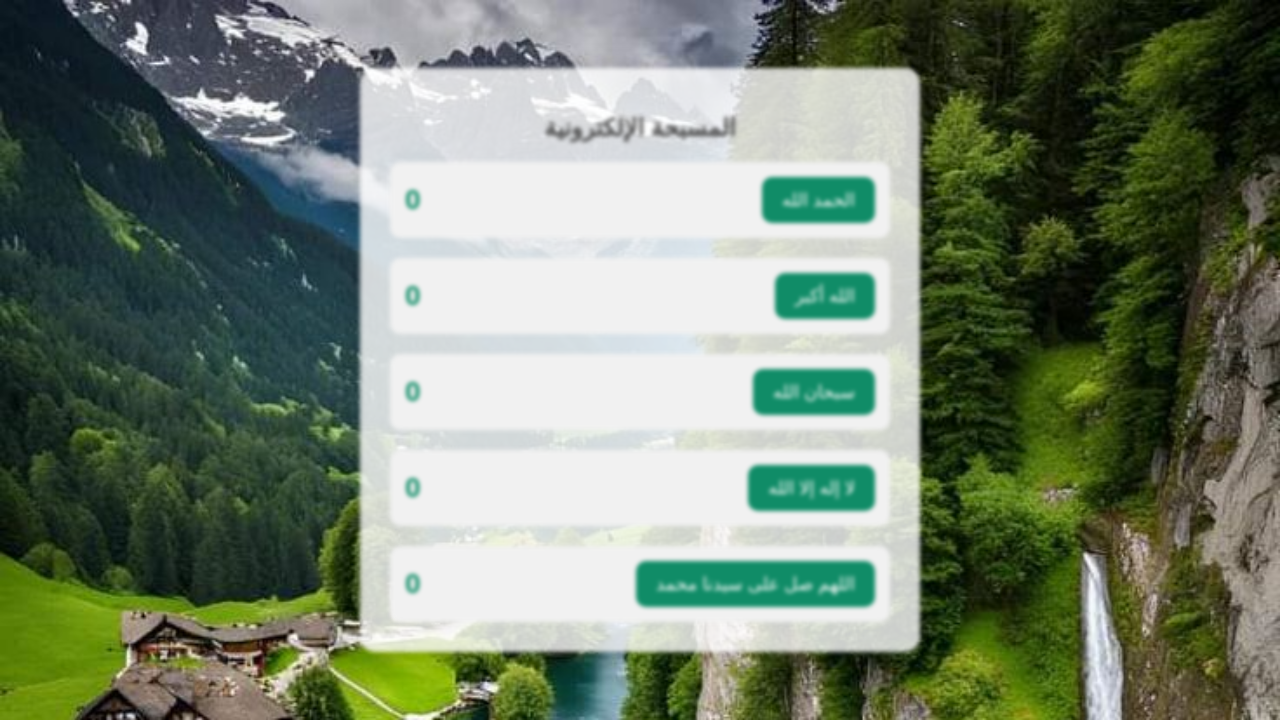
Repository: ShahdKItany/Electronic-Rosary
Page: index.html
An editor plug-in stored every save of this project. The page is shown before and after the next save, followed by the edit.
The browser window is 1280 px wide. The pictures show the whole page.

Above is the page before, as saved 2024-10-23 01:01:24.

### index.html
<!DOCTYPE html>
<html lang="ar">
<head>
  <meta charset="UTF-8">
  <meta name="viewport" content="width=device-width, initial-scale=1.0">
  <link rel="stylesheet" href="styles.css">
  <title>المسبحة الإلكترونية</title>
</head>
<body>
  <div class="container">
    <h1 class="title">المسبحة الإلكترونية</h1>
    <div class="button-container">
      <div class="button-group">
        <span id="counter1" class="counter">0</span>
        <button id="incrementButton1">الحمد الله</button>
      </div>
      <div class="button-group">
        <span id="counter2" class="counter">0</span>
        <button id="incrementButton2">الله أكبر</button>
      </div>
      <div class="button-group">
        <span id="counter3" class="counter">0</span>
        <button id="incrementButton3">سبحان الله</button>
      </div>
      <div class="button-group">
        <span id="counter4" class="counter">0</span>
        <button id="incrementButton4">لا إله إلا الله</button>

      </div>
      <div class="button-group">
        <span id="counter5" class="counter">0</span>
        <button id="incrementButton5">اللهم صل على سيدنا محمد</button>

      </div>
    </div>
  </div>

  <script src="main.js"></script>
</body>
</html>

### styles.css
body {
    font-family: 'Arial', sans-serif;
    background: url('image1.jpg');
    background-size: cover; /* لتغطية كامل الخلفية */
    display: flex;
    justify-content: center;
    align-items: center;
    height: 100vh;
    margin: 0;
    filter: blur(2px); /* يجعل الخلفية أكثر ضبابية */
  }

  .container {
    text-align: center;
    background-color: rgba(255, 255, 255, 0.8); /* لون الخلفية مع الشفافية */
    border-radius: 15px;
    box-shadow: 0 4px 30px rgba(0, 0, 0, 0.2);
    padding: 30px;
    max-width: 500px;
    width: 90%;
    position: relative; /* تهيئة موضع العناصر */
    z-index: 1; /* جلب الحاوية للأمام */
  }


  .title {
    color: #4a4a4a;
    margin-bottom: 20px;
    font-size: 24px;
    font-weight: bold;
  }

  .button-container {
    display: flex;
    flex-direction: column;
    gap: 20px;
  }

  .button-group {
    display: flex;
    justify-content: space-between;
    align-items: center;
    background-color: #f1f1f1;
    border-radius: 10px;
    padding: 15px;
    transition: background-color 0.3s;
  }

  .button-group:hover {
    background-color: #e0e0e0;
  }

  button {
    background-color: #108c67;
    color: white;
    border: none;
    border-radius: 10px;
    padding: 12px 20px;
    cursor: pointer;
    font-size: 18px;
    transition: background-color 0.3s, transform 0.1s;
  }

  button:hover {
    background-color: #79e67d;
    transform: translateY(-2px);
  }

  .counter {
    font-size: 28px;
    color:#108c67;
    font-weight: bold;
  }

### main.js
const incrementButton1 = document.getElementById('incrementButton1');
const incrementButton2 = document.getElementById('incrementButton2');
const incrementButton3 = document.getElementById('incrementButton3');
const incrementButton4 = document.getElementById('incrementButton4');
const incrementButton5 = document.getElementById('incrementButton5');

const counterElement1 = document.getElementById('counter1');
const counterElement2 = document.getElementById('counter2');
const counterElement3 = document.getElementById('counter3');
const counterElement4 = document.getElementById('counter4');
const counterElement5 = document.getElementById('counter5');

let counterValue1 = 0;
let counterValue2 = 0;
let counterValue3 = 0;
let counterValue4 = 0;
let counterValue5 = 0;

incrementButton1.addEventListener('click', function() {
  counterElement1.textContent = ++counterValue1;
});

incrementButton2.addEventListener('click', function() {
  counterElement2.textContent = ++counterValue2;
});

incrementButton3.addEventListener('click', function() {
  counterElement3.textContent = ++counterValue3;
});

incrementButton4.addEventListener('click', function() {
  counterElement4.textContent = ++counterValue4;
});

incrementButton5.addEventListener('click', function() {
  counterElement5.textContent = ++counterValue5;
});

After the next save:
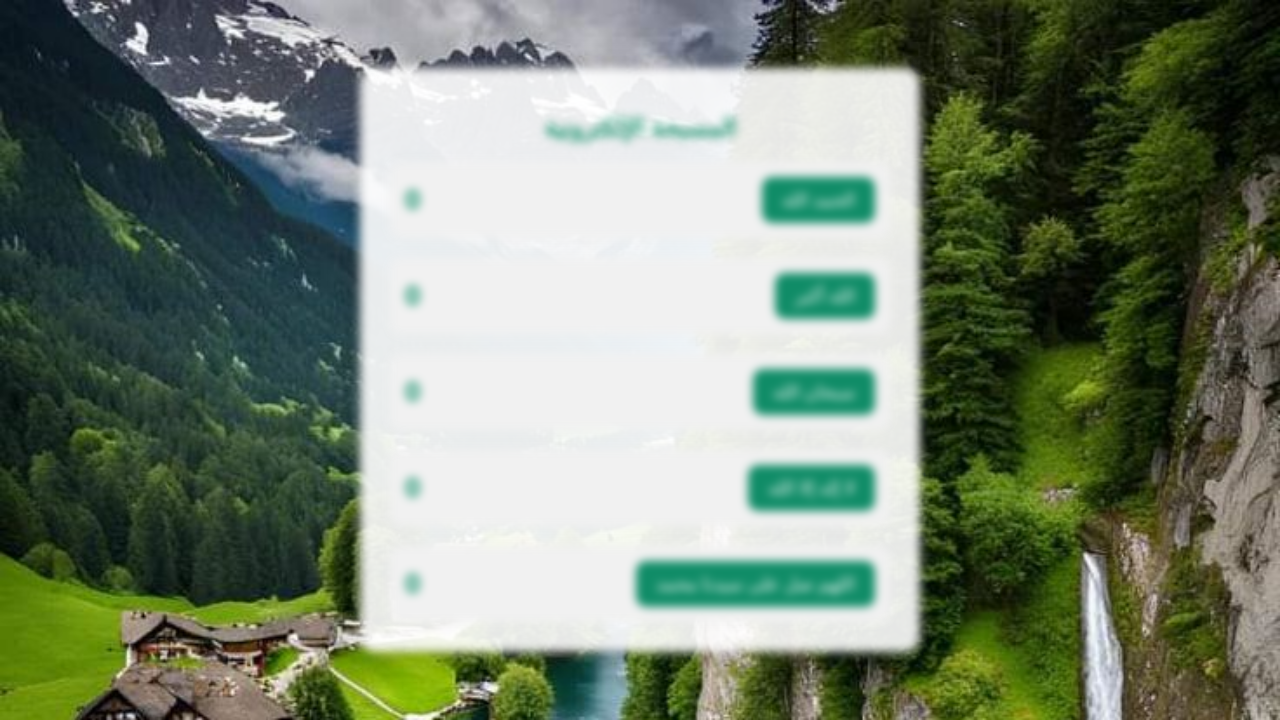
Saved 21 s later.
--- a/styles.css
+++ b/styles.css
@@ -1,42 +1,42 @@
 body {
     font-family: 'Arial', sans-serif;
-    background: url('image1.jpg');
+    background: url('image1.jpg'); /* تأكد من أن الصورة موجودة في المسار الصحيح */
     background-size: cover; /* لتغطية كامل الخلفية */
     display: flex;
     justify-content: center;
     align-items: center;
     height: 100vh;
     margin: 0;
-    filter: blur(2px); /* يجعل الخلفية أكثر ضبابية */
-  }
+    filter: blur(5px); /* زيادة الضبابية قليلاً لجعل الخلفية أكثر وضوحاً */
+}
 
-  .container {
+.container {
     text-align: center;
-    background-color: rgba(255, 255, 255, 0.8); /* لون الخلفية مع الشفافية */
+    background-color: rgba(255, 255, 255, 0.9); /* لون الخلفية مع شفافية أقل */
     border-radius: 15px;
-    box-shadow: 0 4px 30px rgba(0, 0, 0, 0.2);
+    box-shadow: 0 4px 30px rgba(0, 0, 0, 0.3); /* زيادة شدة الظل لزيادة الوضوح */
     padding: 30px;
     max-width: 500px;
     width: 90%;
     position: relative; /* تهيئة موضع العناصر */
     z-index: 1; /* جلب الحاوية للأمام */
-  }
+}
 
-
-  .title {
-    color: #4a4a4a;
+.title {
+    color: #108c67; /* تغيير لون العنوان ليتماشى مع الأزرار */
     margin-bottom: 20px;
     font-size: 24px;
     font-weight: bold;
-  }
+    text-shadow: 1px 1px 2px rgba(255, 255, 255, 0.7); /* إضافة تأثير ظل للنص لتحسين الوضوح */
+}
 
-  .button-container {
+.button-container {
     display: flex;
     flex-direction: column;
     gap: 20px;
-  }
+}
 
-  .button-group {
+.button-group {
     display: flex;
     justify-content: space-between;
     align-items: center;
@@ -44,14 +44,14 @@ body {
     border-radius: 10px;
     padding: 15px;
     transition: background-color 0.3s;
-  }
+}
 
-  .button-group:hover {
+.button-group:hover {
     background-color: #e0e0e0;
-  }
+}
 
-  button {
-    background-color: #108c67;
+button {
+    background-color: #108c67; /* لون الزر */
     color: white;
     border: none;
     border-radius: 10px;
@@ -59,15 +59,16 @@ body {
     cursor: pointer;
     font-size: 18px;
     transition: background-color 0.3s, transform 0.1s;
-  }
+}
 
-  button:hover {
-    background-color: #79e67d;
+button:hover {
+    background-color: #79e67d; /* تغيير لون الزر عند التحويم */
     transform: translateY(-2px);
-  }
+}
 
-  .counter {
+.counter {
     font-size: 28px;
-    color:#108c67;
+    color: #108c67; /* لون العدادات */
     font-weight: bold;
-  }
+    text-shadow: 1px 1px 2px rgba(255, 255, 255, 0.7); /* إضافة تأثير ظل للنص */
+}
